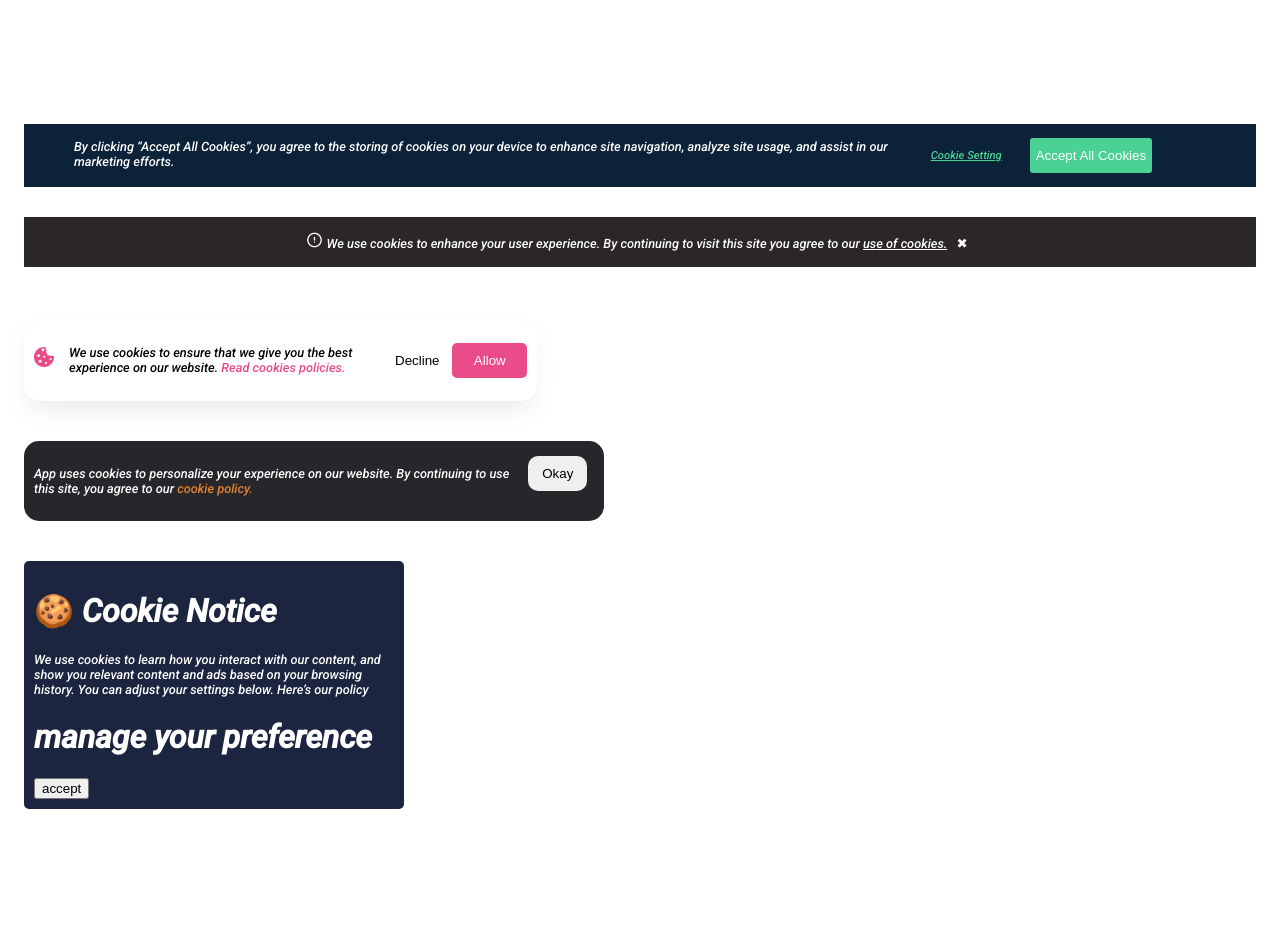
Repository: batonAnton/cursor_cookies_lectr3
Page: index.html
These files come from the project's save history. The page is drawn as it stood at one moment and after the next save; the edit follows.
The browser window is 1280 px wide. The pictures show the whole page.

Above is the page before, as saved 2022-06-01 14:03:32.

After the next save:
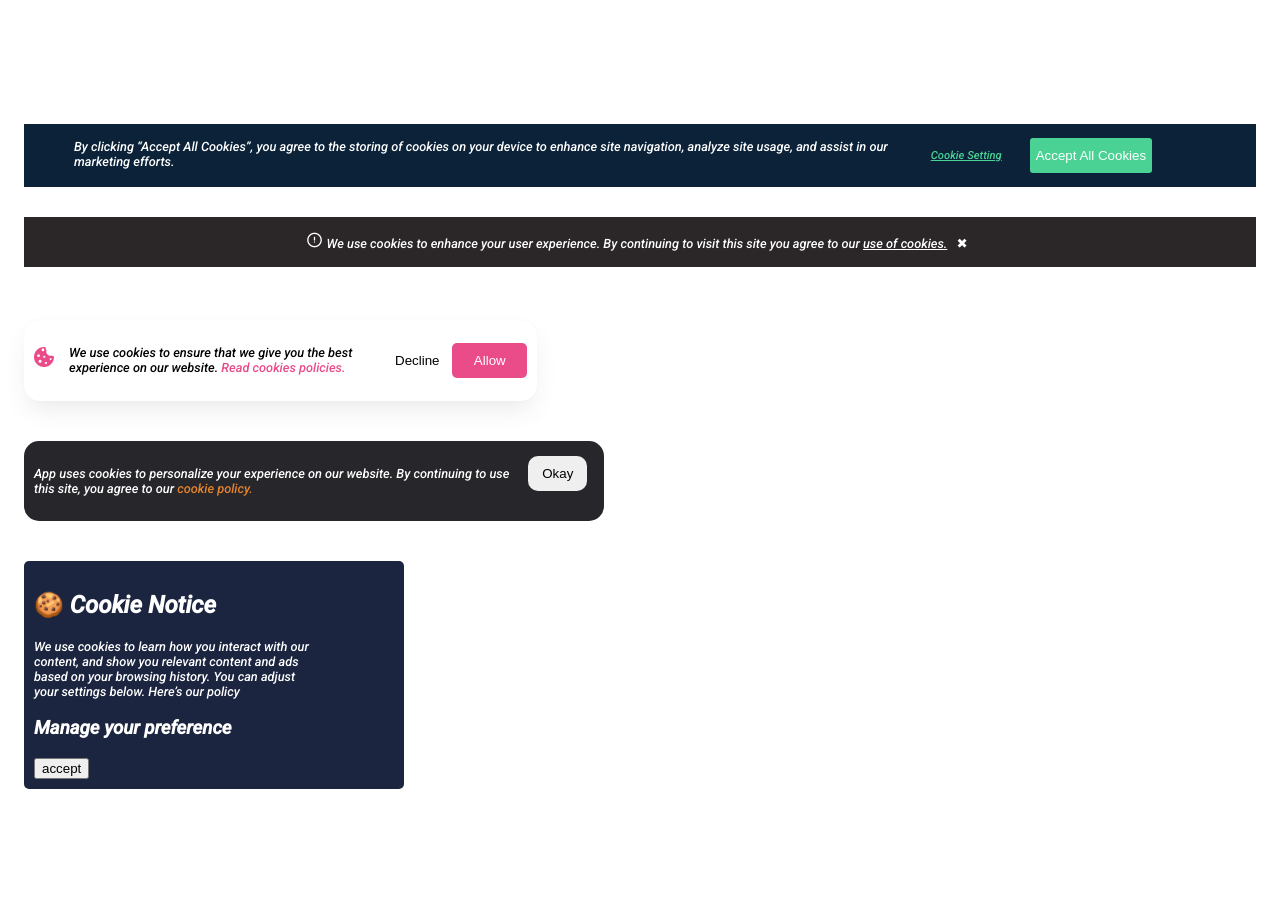
Saved 3 min 0 s later.
--- a/index.html
+++ b/index.html
@@ -37,9 +37,9 @@
         </div>
 
         <div class="banner_5">
-            <h1>🍪 Cookie Notice</h1>
-            <p>We use cookies to learn how you interact with our content, and show you relevant content and ads based on your browsing history. You can adjust your settings below. Here’s our policy</p>
-            <h1>manage your preference </h1>
+            <h2>🍪 Cookie Notice</h2>
+            <p>We use cookies to learn how you interact with our <br> content, and show you relevant content and ads <br> based on your browsing history. You can adjust <br> your settings below. Here’s our policy</p>
+            <h3>Manage your preference </h3>
             <button>accept</button>
         </div>
     </div>
